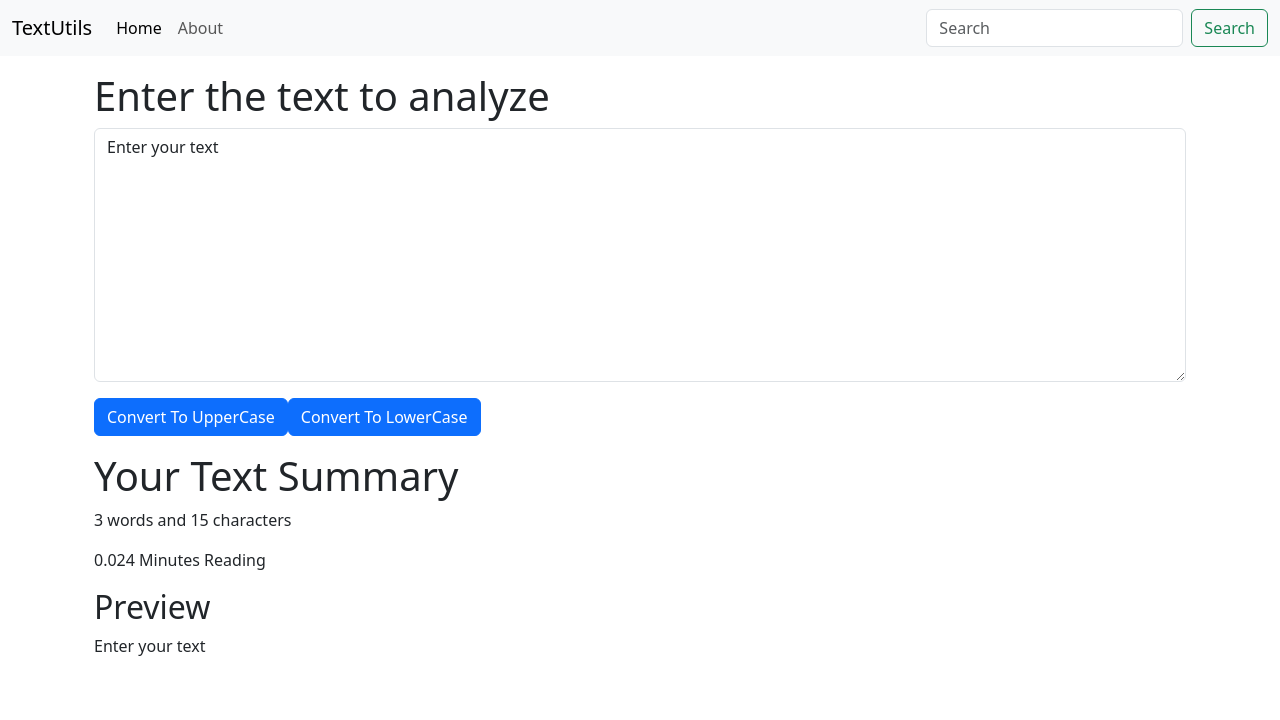
Repository: Rohit-foryou/Text-Utils
Page: /
An editor plug-in stored every save of this project. The page is shown before and after the next save, followed by the edit.
The browser window is 1280 px wide. The pictures show the whole page.
The project was rebuilt for these pictures with package versions that can differ from the ones it lists, and the page was loaded fresh each time. Also part of the build but not shown: src/index.css, src/App.css.

Above is the page before, as saved 2023-12-20 21:16:05.

### public/index.html
<!DOCTYPE html>
<html lang="en">
  <head>
    <meta charset="utf-8" />
    <link rel="icon" href="%PUBLIC_URL%/favicon.ico" />
    <meta name="viewport" content="width=device-width, initial-scale=1" />
    <meta name="theme-color" content="#000000" />
    <meta
      name="description"
      content="Web site created using create-react-app"
    />
    <link rel="apple-touch-icon" href="%PUBLIC_URL%/logo192.png" />
    <link rel="manifest" href="%PUBLIC_URL%/manifest.json" />

    <!-- Bootstrap CSS -->
    <link href="https://cdn.jsdelivr.net/npm/bootstrap@5.3.2/dist/css/bootstrap.min.css" rel="stylesheet" integrity="sha384-T3c6CoIi6uLrA9TneNEoa7RxnatzjcDSCmG1MXxSR1GAsXEV/Dwwykc2MPK8M2HN" crossorigin="anonymous">

    <title>React App</title>
  </head>
  <body>
    <noscript>You need to enable JavaScript to run this app.</noscript>
    <div id="root"></div>

    <script src="https://cdn.jsdelivr.net/npm/bootstrap@5.3.2/dist/js/bootstrap.bundle.min.js" integrity="sha384-C6RzsynM9kWDrMNeT87bh95OGNyZPhcTNXj1NW7RuBCsyN/o0jlpcV8Qyq46cDfL" crossorigin="anonymous"></script>
  </body>
</html>

### src/App.js
import "./App.css";
import Navbar from "./components/Navbar";
import TextForm from "./components/TextForm";


function App() {
  return (
    <>
      <Navbar title = "TextUtils" aboutText = "About"/>
      <div className="container my-3">
      <TextForm heading = "Enter the text to analyze"/>
      </div>
    </>
  );
}

export default App;

### src/components/Navbar.js
import React from 'react'
import PropTypes from 'prop-types'


export default function Navbar(props) {
  return (
    <nav className="navbar navbar-expand-lg bg-body-tertiary">
        <div className="container-fluid">
          <a className="navbar-brand" href="/">{props.title}</a>
          <button className="navbar-toggler" type="button" data-bs-toggle="collapse" data-bs-target="#navbarSupportedContent" aria-controls="navbarSupportedContent" aria-expanded="false" aria-label="Toggle navigation">
            <span className="navbar-toggler-icon"></span>
          </button>
          <div className="collapse navbar-collapse" id="navbarSupportedContent">
            <ul className="navbar-nav me-auto mb-2 mb-lg-0">
              <li className="nav-item">
                <a className="nav-link active" aria-current="page" href="/">Home</a>
              </li>
              <li className="nav-item">
                <a className="nav-link" href="/">{props.aboutText}</a>
              </li>
            </ul>
            <form className="d-flex" role="search">
              <input className="form-control me-2" type="search" placeholder="Search" aria-label="Search"/>
              <button className="btn btn-outline-success" type="submit">Search</button>
            </form>
          </div>
        </div>
      </nav>
  )
}

Navbar.propTypes = {title: PropTypes.string.isRequired,
                     AboutText: PropTypes.string}

// Navbar.defaultProps = {
//     title: 'write title',
//     aboutText: 'About',
// }

### src/components/TextForm.js
import React, {useState} from 'react'


export default function TextForm(props) {
  const handleUpClick = ()=>{
      // console.log("uppercase is clicked" + text)
      let newText =  text.toUpperCase();
      setText(newText)
  }
  const handleLowClick = ()=>{
      // console.log("uppercase is clicked" + text)
      let newText =  text.toUpperCase();
      setText(newText)
  }
  const handleOnChange = (event)=>{
      // console.log("On change")
      setText(event.target.value)
  }
  const [text, setText] = useState('Enter your text');
  return (
    <>
    <div className='container'>
        <h1>{props.heading}</h1>
        <div className="mb-3">
        <textarea className="form-control" value = {text} onChange={handleOnChange} id="myBox" rows="10"></textarea>
        </div>
        <button className="btn btn-primary" onClick={handleUpClick}>Convert To UpperCase</button>
        <button className="btn btn-primary" onClick={handleLowClick}>Convert To LowerCase</button>
    </div>
    <div className="container my-3">
      <h1>Your Text Summary</h1>
      <p>{text.split(" ").length} words and {text.length} characters</p>
      <p>{0.008*text.split(" ").length} Minutes Reading</p>
      <h2>Preview</h2>
      <p>{text}</p>
    </div>
    </>
  )
}

Loaded but not shown: src/index.js (common file); src/reportWebVitals.js (common file)

After the next save:
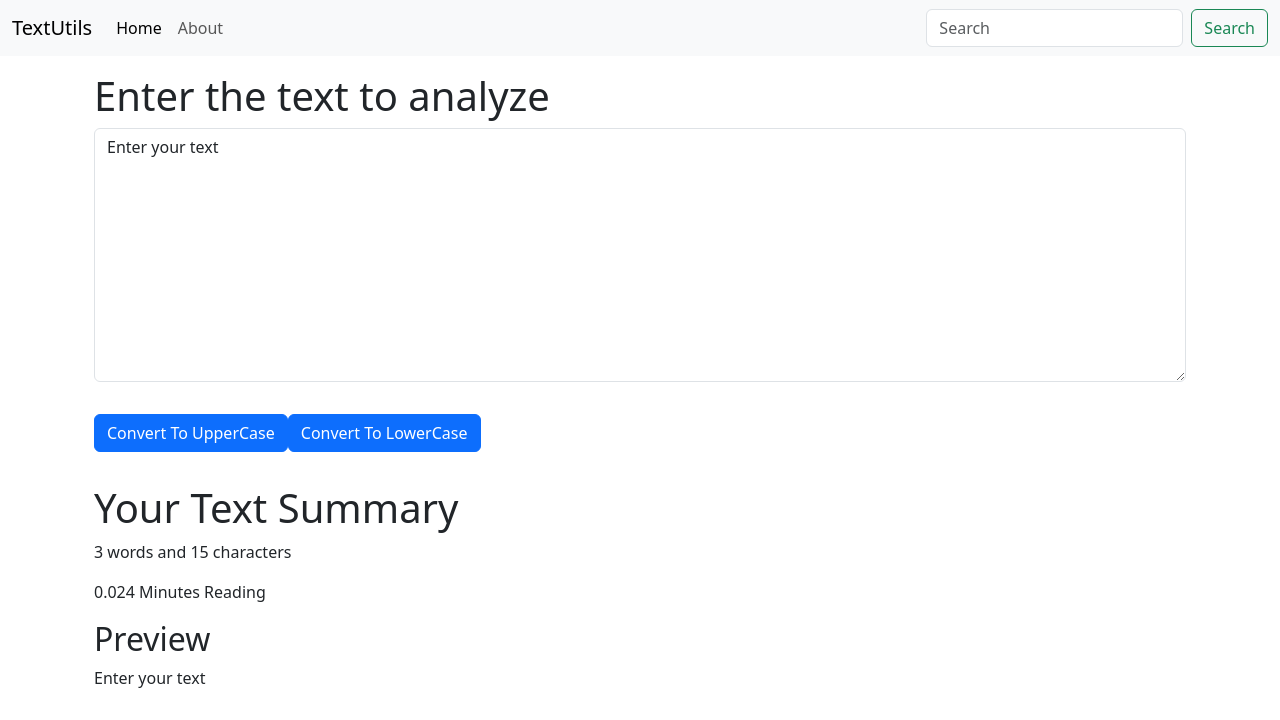
Saved 17 s later.
--- a/src/components/TextForm.js
+++ b/src/components/TextForm.js
@@ -25,7 +25,7 @@
         <textarea className="form-control" value = {text} onChange={handleOnChange} id="myBox" rows="10"></textarea>
         </div>
         <button className="btn btn-primary" onClick={handleUpClick}>Convert To UpperCase</button>
-        <button className="btn btn-primary" onClick={handleLowClick}>Convert To LowerCase</button>
+        <button className="btn btn-primary my-3" onClick={handleLowClick}>Convert To LowerCase</button>
     </div>
     <div className="container my-3">
       <h1>Your Text Summary</h1>

After the save that followed:
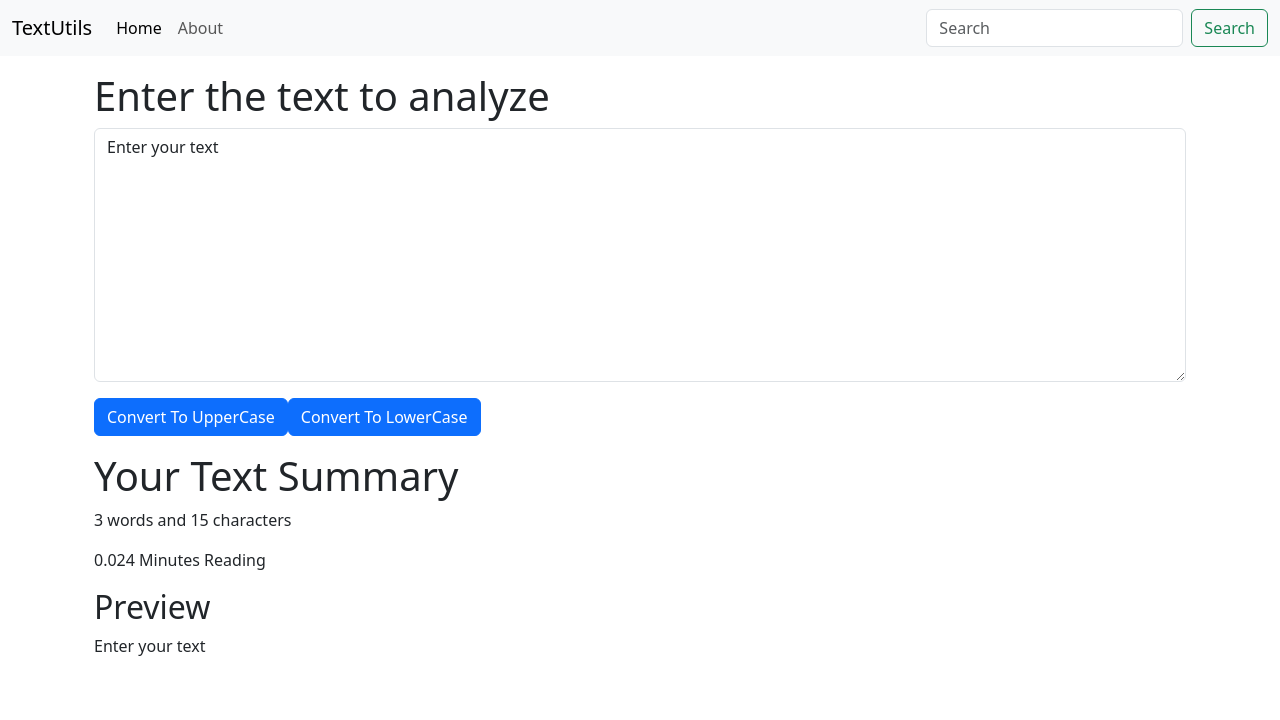
Saved 17 s later.
--- a/src/components/TextForm.js
+++ b/src/components/TextForm.js
@@ -9,7 +9,7 @@
   }
   const handleLowClick = ()=>{
       // console.log("uppercase is clicked" + text)
-      let newText =  text.toUpperCase();
+      let newText =  text.toLowerCase();
       setText(newText)
   }
   const handleOnChange = (event)=>{
@@ -25,7 +25,7 @@
         <textarea className="form-control" value = {text} onChange={handleOnChange} id="myBox" rows="10"></textarea>
         </div>
         <button className="btn btn-primary" onClick={handleUpClick}>Convert To UpperCase</button>
-        <button className="btn btn-primary my-3" onClick={handleLowClick}>Convert To LowerCase</button>
+        <button className="btn btn-primary" onClick={handleLowClick}>Convert To LowerCase</button>
     </div>
     <div className="container my-3">
       <h1>Your Text Summary</h1>
